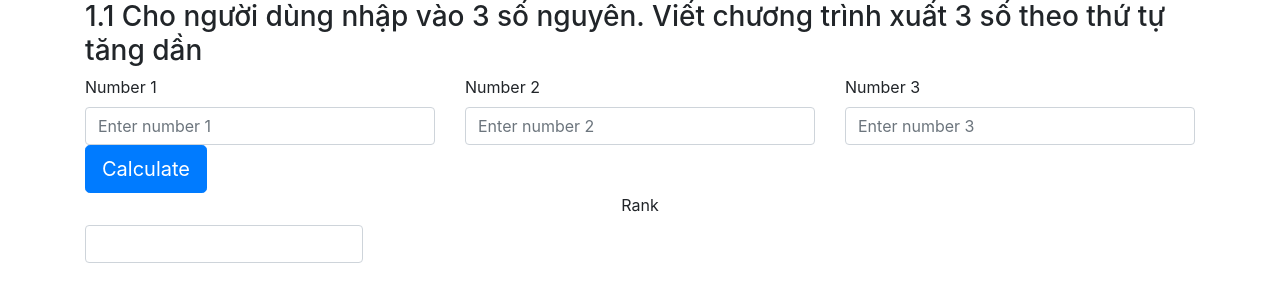
Repository: baobaodeveloper/bootscamp21__jsbasic__HuynhAnhBao
Page: index.html
These files come from the project's save history. The page is drawn as it stood at one moment and after the next save; the edit follows.
The browser window is 1280 px wide. The pictures show the whole page.

Above is the page before, as saved 2022-03-09 23:09:37.

After the next save:
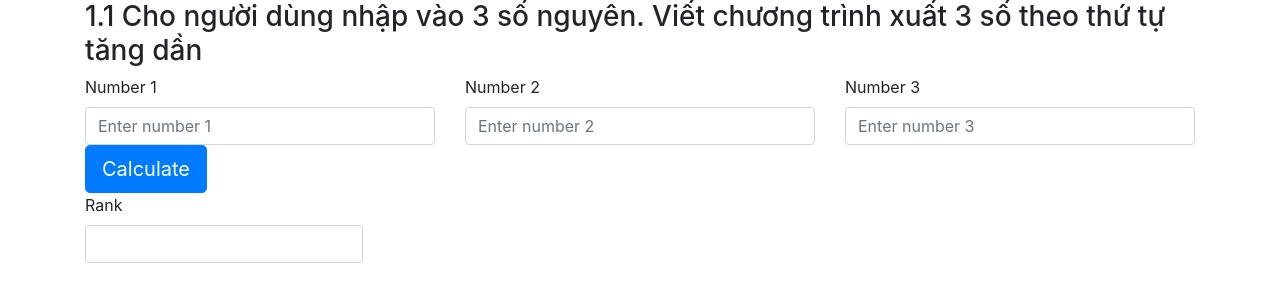
Saved 20 s later.
--- a/index.html
+++ b/index.html
@@ -53,7 +53,7 @@
 
       <button type="button" class="btn btn-primary btn-lg">Calculate</button>
 
-      <div class="mt-3 text-center m-auto">
+      <div class="mt-3 m-auto">
         <label class="form-label">Rank</label>
         <input type="text" class="form-control w-25" />
       </div>
